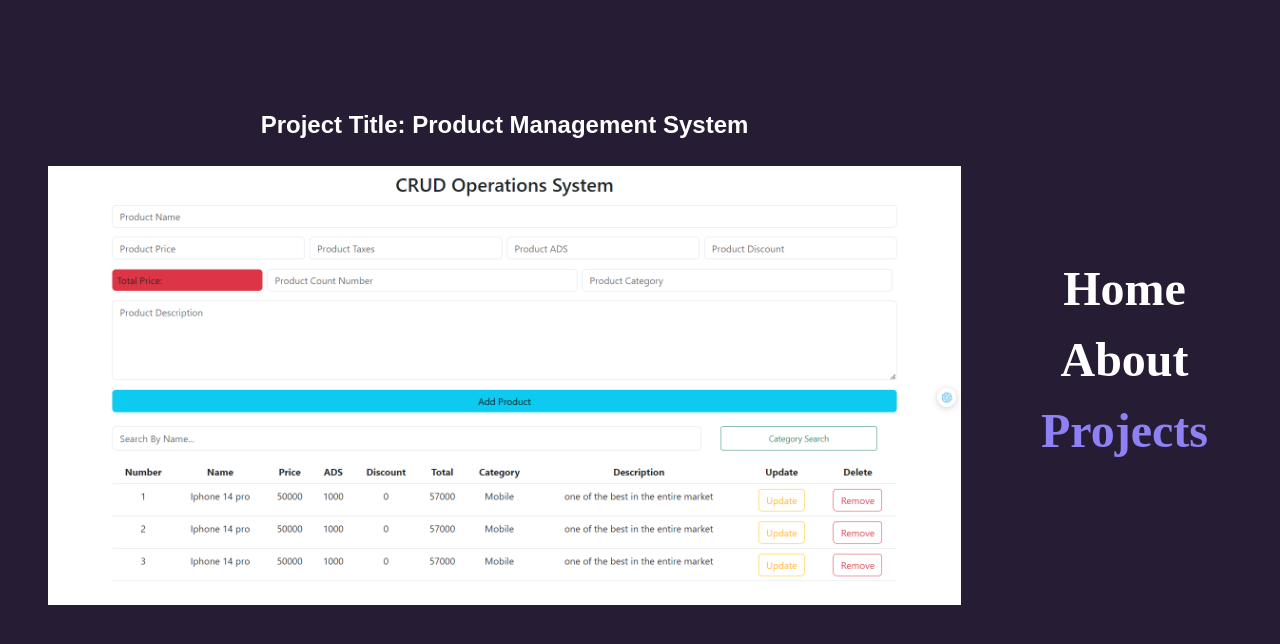
Repository: ahamdy997/portfolio
Page: /projects
These files come from the project's save history. The page is drawn as it stood at one moment and after the next save; the edit follows.
The browser window is 1280 px wide. The pictures show the whole page.
The project was rebuilt for these pictures with package versions that can differ from the ones it lists, and the page was loaded fresh each time. Also part of the build but not shown: vue.config.js, src/components/HelloWorld.vue, src/views/HomeView.vue.

Above is the page before, as saved 2023-11-06 00:24:15.

After the next save:
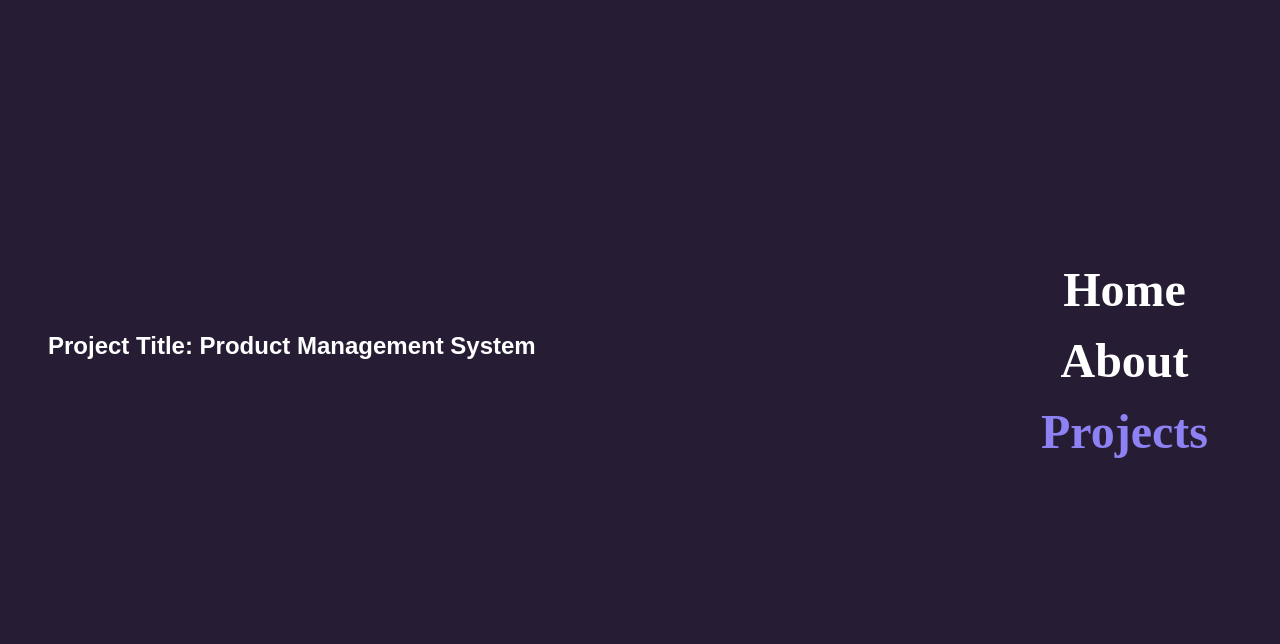
Saved 43 s later.
--- a/src/views/ProjectView.vue
+++ b/src/views/ProjectView.vue
@@ -1,7 +1,7 @@
 <template>
   <div>
     <h2>Project Title: Product Management System</h2>
-    <img src="../assets/Screenshot (55).png" alt="Crud system" />
+    <figure></figure>
   </div>
 </template>
 <style scoped>

After the save that followed:
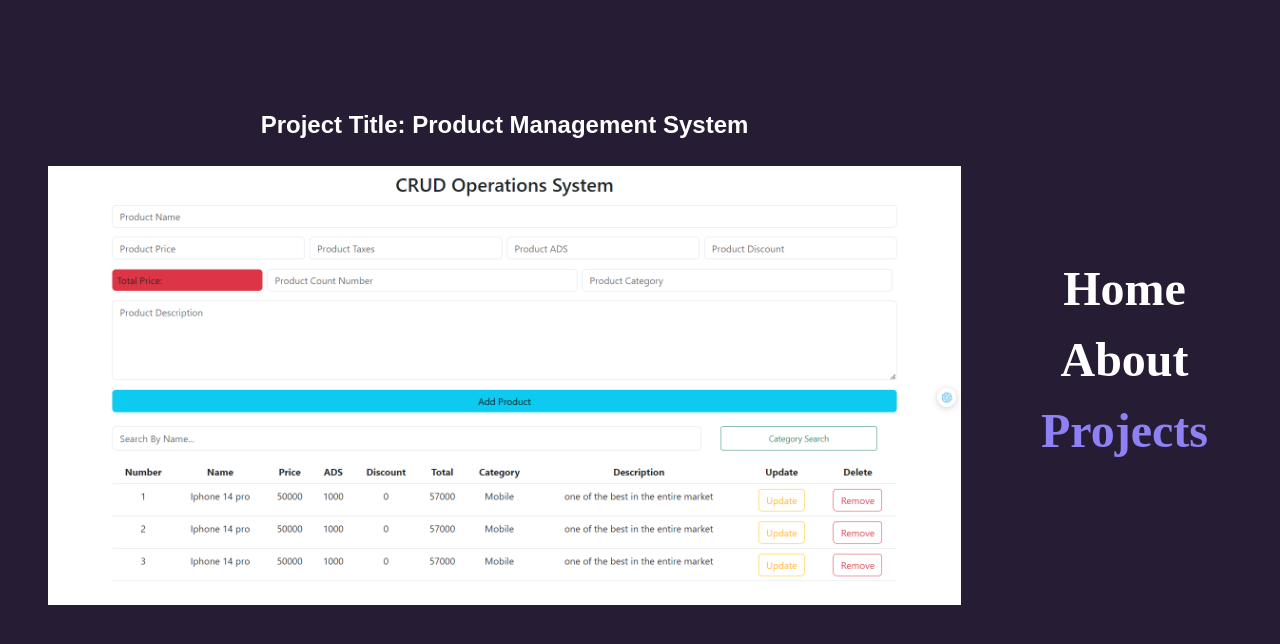
Saved 36 s later.
--- a/src/views/ProjectView.vue
+++ b/src/views/ProjectView.vue
@@ -1,7 +1,11 @@
 <template>
   <div>
     <h2>Project Title: Product Management System</h2>
-    <figure></figure>
+    <figure>
+      <a href="">
+        <img src="../assets/Screenshot (55).png" alt="Crud system" />
+      </a>
+    </figure>
   </div>
 </template>
 <style scoped>
